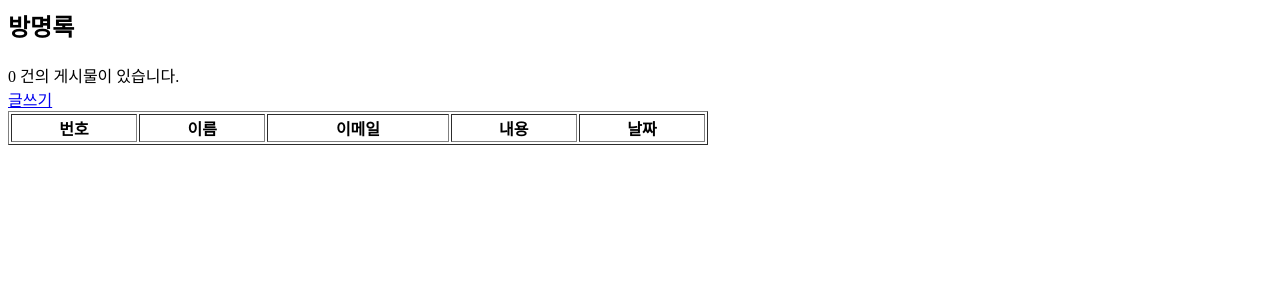
Repository: seunginlee/WaterMelonPlayer
Page: http://localhost/guestbook/list.php
These files come from the project's save history. The page is drawn as it stood at one moment and after the next save; the edit follows.
The browser window is 1280 px wide. The pictures show the whole page.
The page is run by PHP 8.4 with error messages shown; the project is at /var/www/html/. Queries for data that is not in the repository find no rows.

Above is the page before, as saved 2018-09-16 10:53:01.

After the next save:
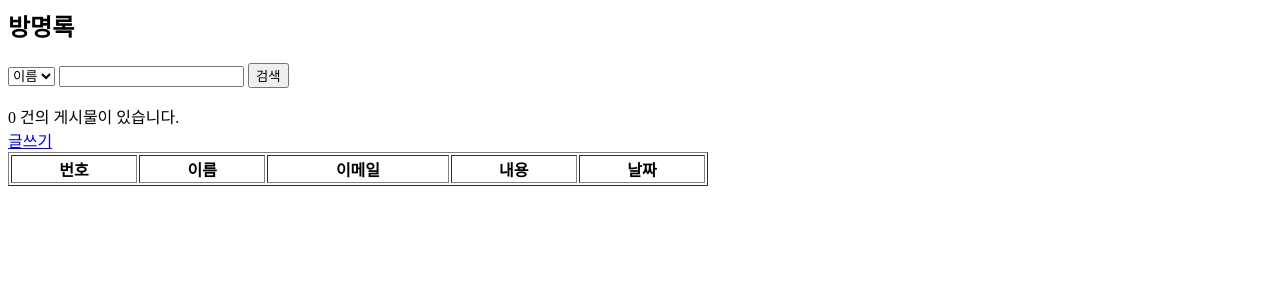
Saved 1 s later.
--- a/worrrrrk/php01/guestbook/list.php
+++ b/worrrrrk/php01/guestbook/list.php
@@ -1,10 +1,28 @@
 <?php
 include("dbconn.php");
-$sql = "select * from guestbook order by idx desc";
+$search_option ="name";
+$search = "%";
+if (isset($_POST["search_option"])){
+    $search_option = $_POST["search_option"];
+    $search=$_POST["search"];
+}
+$sql = "select * from guestbook
+    where $search_option like '$search'
+    order by idx desc
+";
+
 $rs = mysql_query($sql);
 $count = mysql_num_rows($rs);
 ?>
 <h2>방명록</h2>
+<form name="form1" method="post">
+<select name="search_option">
+	<option value="name">이름</option>
+	<option value="content">내용</option>
+</select>
+	<input type="text" name="search">
+	<input type="submit" value="검색">
+</form>
 <?php echo $count;?> 건의 게시물이 있습니다.</br>
 <a href="write.html">글쓰기</a>
 <table border="1" width="700px">
